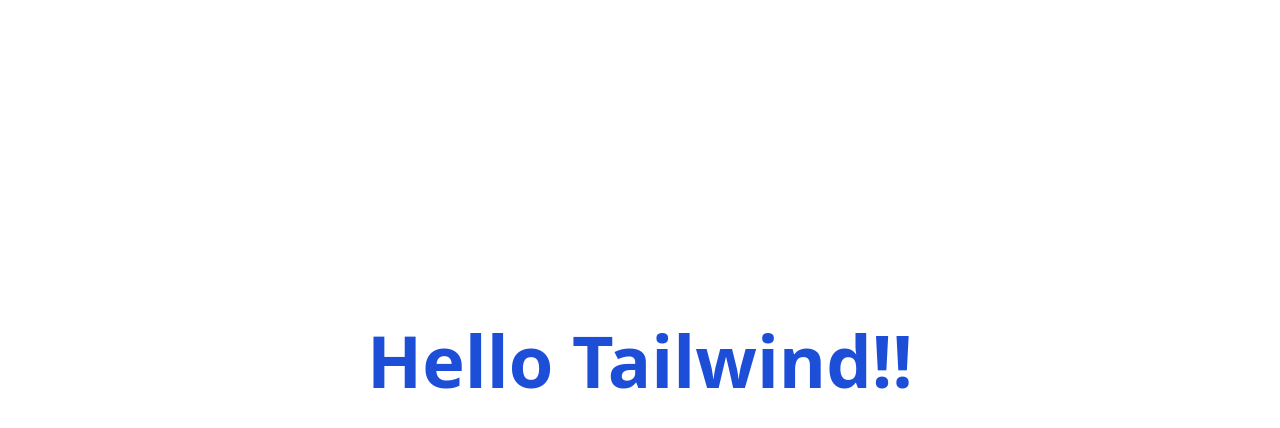
Repository: rayray1/react-tailwind-starter-template
Page: /
An editor plug-in stored every save of this project. The page is shown before and after the next save, followed by the edit.
The browser window is 1280 px wide. The pictures show the whole page.
The project was rebuilt for these pictures with package versions that can differ from the ones it lists, and the page was loaded fresh each time.

Above is the page before, as saved 2023-06-23 06:45:08.

After the next save:
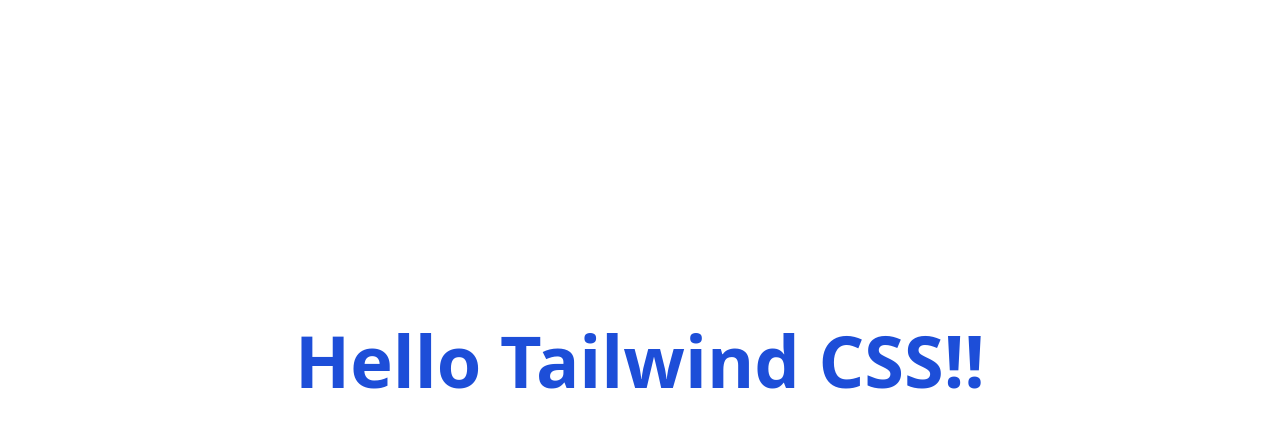
Saved 29 s later.
--- a/src/App.js
+++ b/src/App.js
@@ -2,7 +2,7 @@
   return (
     <div className="App">
       <div className="w-full h-screen flex justify-center items-center">
-        <h1 className="font-bold text-7xl text-blue-700">Hello Tailwind!!</h1>
+        <h1 className="font-bold text-7xl text-blue-700">Hello Tailwind CSS!!</h1>
       </div>
     </div>
   );
